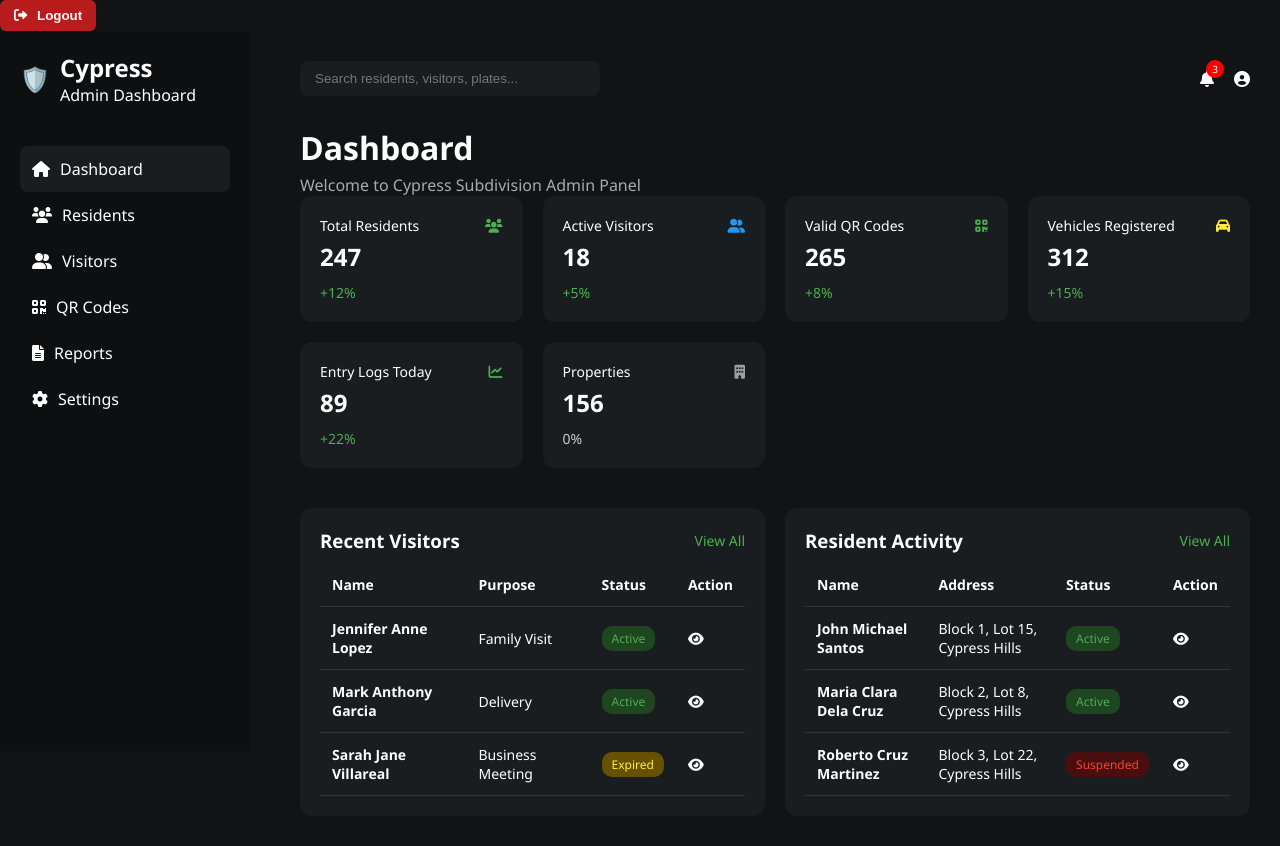
Repository: camuramon/my-project
Page: templates/admin/dashboard.html
An editor plug-in stored every save of this project. The page is shown before and after the next save, followed by the edit.
The browser window is 1280 px wide. The pictures show the whole page.
The template is drawn by Flask 3. The application's start-up code is not run. Other server files are loaded and not shown. The template is opened directly, without the code that normally fills it, so the values that code supplies are empty.

Above is the page before, as saved 2025-08-31 01:49:34.

### templates/admin/dashboard.html
<!DOCTYPE html>
<html lang="en">
<head>

  <meta charset="UTF-8" />
  <meta name="viewport" content="width=device-width, initial-scale=1.0" />
  <title>Cypress Admin Dashboard</title>
  <link rel="stylesheet" href="{{ url_for('static', filename='css/admin.css') }}">
  <link href="https://cdnjs.cloudflare.com/ajax/libs/font-awesome/6.0.0-beta3/css/all.min.css" rel="stylesheet" />

  <div class="logout">
  <form action="{{ url_for('logout') }}" method="POST">
    <button type="submit" class="logout-btn"><i class="fas fa-sign-out-alt"></i> Logout</button>
  </form>
</div>

</head>
<body>
  <div class="dashboard-container">
    <nav class="sidebar">
      <div class="logo-section">
        <div class="logo-icon">🛡️</div>
        <div>
          <h2>Cypress</h2>
          <p>Admin Dashboard</p>
        </div>
      </div>
      <ul class="sidebar-menu">
        <li class="active"><i class="fas fa-home"></i> Dashboard</li>
        <li><i class="fas fa-users"></i> Residents</li>
        <li><i class="fas fa-user-friends"></i> Visitors</li>
        <li><i class="fas fa-qrcode"></i> QR Codes</li>
        <li><i class="fas fa-file-alt"></i> Reports</li>
        <li><i class="fas fa-cog"></i> Settings</li>
      </ul>
    </nav>

    <main class="main-content">
      <header>
        <input type="search" placeholder="Search residents, visitors, plates..." />
        <div class="header-icons">
          <div class="notifications"><i class="fas fa-bell"></i><span>3</span></div>
          <div class="profile"><i class="fas fa-user-circle"></i></div>
        </div>
      </header>

      <section class="welcome-section">
        <h1>Dashboard</h1>
        <p>Welcome to Cypress Subdivision Admin Panel</p>
      </section>

      <section class="stats-cards">
        <div class="card">
          <div>Total Residents <i class="fas fa-users icon-green"></i></div>
          <h2>247</h2>
          <span class="percentage positive">+12%</span>
        </div>
        <div class="card">
          <div>Active Visitors <i class="fas fa-user-friends icon-blue"></i></div>
          <h2>18</h2>
          <span class="percentage positive">+5%</span>
        </div>
        <div class="card">
          <div>Valid QR Codes <i class="fas fa-qrcode icon-green"></i></div>
          <h2>265</h2>
          <span class="percentage positive">+8%</span>
        </div>
        <div class="card">
          <div>Vehicles Registered <i class="fas fa-car icon-yellow"></i></div>
          <h2>312</h2>
          <span class="percentage positive">+15%</span>
        </div>
        <div class="card">
          <div>Entry Logs Today <i class="fas fa-chart-line icon-green"></i></div>
          <h2>89</h2>
          <span class="percentage positive">+22%</span>
        </div>
        <div class="card">
          <div>Properties <i class="fas fa-building icon-grey"></i></div>
          <h2>156</h2>
          <span class="percentage">0%</span>
        </div>
      </section>

      <section class="tables-section">
        <div class="table-container">
          <div class="table-header">
            <h3>Recent Visitors</h3>
            <a href="#">View All</a>
          </div>
          <table>
            <thead>
              <tr>
                <th>Name</th>
                <th>Purpose</th>
                <th>Status</th>
                <th>Action</th>
              </tr>
            </thead>
            <tbody>
              <tr>
                <td><strong>Jennifer Anne Lopez</strong></td>
                <td>Family Visit</td>
                <td><span class="status active">Active</span></td>
                <td><i class="fas fa-eye"></i></td>
              </tr>
              <tr>
                <td><strong>Mark Anthony Garcia</strong></td>
                <td>Delivery</td>
                <td><span class="status active">Active</span></td>
                <td><i class="fas fa-eye"></i></td>
              </tr>
              <tr>
                <td><strong>Sarah Jane Villareal</strong></td>
                <td>Business Meeting</td>
                <td><span class="status expired">Expired</span></td>
                <td><i class="fas fa-eye"></i></td>
              </tr>
            </tbody>
          </table>
        </div>

        <div class="table-container">
          <div class="table-header">
            <h3>Resident Activity</h3>
            <a href="#">View All</a>
          </div>
          <table>
            <thead>
              <tr>
                <th>Name</th>
                <th>Address</th>
                <th>Status</th>
                <th>Action</th>
              </tr>
            </thead>
            <tbody>
              <tr>
                <td><strong>John Michael Santos</strong></td>
                <td>Block 1, Lot 15, Cypress Hills</td>
                <td><span class="status active">Active</span></td>
                <td><i class="fas fa-eye"></i></td>
              </tr>
              <tr>
                <td><strong>Maria Clara Dela Cruz</strong></td>
                <td>Block 2, Lot 8, Cypress Hills</td>
                <td><span class="status active">Active</span></td>
                <td><i class="fas fa-eye"></i></td>
              </tr>
              <tr>
                <td><strong>Roberto Cruz Martinez</strong></td>
                <td>Block 3, Lot 22, Cypress Hills</td>
                <td><span class="status suspended">Suspended</span></td>
                <td><i class="fas fa-eye"></i></td>
              </tr>
            </tbody>
          </table>
        </div>
      </section>
    </main>
  </div>
</body>
</html>

### static/css/admin.css
/* === GLOBAL STYLES === */
* {
  margin: 0;
  padding: 0;
  box-sizing: border-box;
}

body {
  font-family: 'Segoe UI', Tahoma, Geneva, Verdana, sans-serif;
  background-color: #111315;
  color: #ffffff;
}

/* === SIDEBAR === */
.sidebar {
  width: 250px;
  background-color: #0d0f10;
  color: #fff;
  height: 100vh;
  position: fixed;
  padding: 20px;
  display: flex;
  flex-direction: column;
}

.logo-section {
  display: flex;
  align-items: center;
  gap: 10px;
}

.logo-icon {
  font-size: 24px;
}

.sidebar-menu {
  list-style: none;
  padding: 0;
  margin-top: 40px;
  flex-grow: 1;
}

.sidebar-menu li {
  padding: 12px;
  cursor: pointer;
  display: flex;
  align-items: center;
  gap: 10px;
  border-radius: 8px;
  transition: background 0.3s;
}

.sidebar-menu li.active,
.sidebar-menu li:hover {
  background-color: #1a1d1f;
}

/* === MAIN CONTENT === */
.main-content {
  margin-left: 270px;
  padding: 30px;
}

/* === HEADER === */
header {
  display: flex;
  justify-content: space-between;
  align-items: center;
  margin-bottom: 30px;
}

header input[type="search"] {
  padding: 10px 15px;
  border-radius: 8px;
  border: none;
  width: 300px;
  background-color: #1a1d1f;
  color: #fff;
}

.header-icons {
  display: flex;
  align-items: center;
  gap: 20px;
}

.notifications {
  position: relative;
}

.notifications span {
  position: absolute;
  top: -8px;
  right: -10px;
  background-color: red;
  border-radius: 50%;
  padding: 2px 6px;
  font-size: 10px;
}

/* === WELCOME SECTION === */
.welcome-section h1 {
  font-size: 32px;
  margin-bottom: 5px;
}

.welcome-section p {
  color: #aaa;
}

/* === STATS CARDS === */
.stats-cards {
  display: grid;
  grid-template-columns: repeat(auto-fit, minmax(220px, 1fr));
  gap: 20px;
  margin-bottom: 40px;
}

.card {
  background-color: #1a1d1f;
  padding: 20px;
  border-radius: 12px;
  color: white;
}

.card div {
  font-size: 14px;
  margin-bottom: 5px;
  display: flex;
  justify-content: space-between;
  align-items: center;
}

.card h2 {
  font-size: 24px;
  margin: 5px 0;
}

.percentage {
  font-size: 14px;
  display: block;
  margin-top: 10px;
  color: #ccc;
}

.percentage.positive {
  color: #4caf50;
}

/* === ICON COLORS === */
.icon-green {
  color: #4caf50;
}

.icon-blue {
  color: #2196f3;
}

.icon-yellow {
  color: #ffeb3b;
}

.icon-grey {
  color: #9e9e9e;
}

/* === TABLES === */
.tables-section {
  display: flex;
  gap: 20px;
  flex-wrap: wrap;
}

.table-container {
  background-color: #1a1d1f;
  padding: 20px;
  border-radius: 12px;
  flex: 1;
  min-width: 400px;
}

.table-header {
  display: flex;
  justify-content: space-between;
  align-items: center;
  margin-bottom: 10px;
}

.table-header h3 {
  margin: 0;
}

.table-header a {
  color: #4caf50;
  text-decoration: none;
  font-size: 14px;
}

table {
  width: 100%;
  border-collapse: collapse;
  color: #fff;
}

th, td {
  padding: 12px;
  text-align: left;
  border-bottom: 1px solid #333;
  font-size: 14px;
}

td strong {
  font-weight: 600;
}

/* === STATUS STYLES === */
.status {
  padding: 4px 10px;
  border-radius: 10px;
  font-size: 12px;
  display: inline-block;
  text-align: center;
}

.status.active {
  background-color: #1e4620;
  color: #4caf50;
}

.status.expired {
  background-color: #665100;
  color: #ffeb3b;
}

.status.suspended {
  background-color: #4b0e0e;
  color: #f44336;
}

/* === RESPONSIVE === */
@media (max-width: 768px) {
  .main-content {
    margin-left: 0;
    padding: 20px;
  }

  .sidebar {
    display: none;
  }

  .stats-cards {
    grid-template-columns: 1fr;
  }

  .tables-section {
    flex-direction: column;
  }
}
.logout form {
  display: inline;
}

.logout-btn {
  background-color: #b91c1c; /* red */
  color: #fff;
  border: none;
  padding: 8px 14px;
  border-radius: 6px;
  cursor: pointer;
  font-weight: bold;
  transition: background-color 0.3s ease;
}

.logout-btn i {
  margin-right: 6px;
}

.logout-btn:hover {
  background-color: #7f1d1d;
}

After the next save:
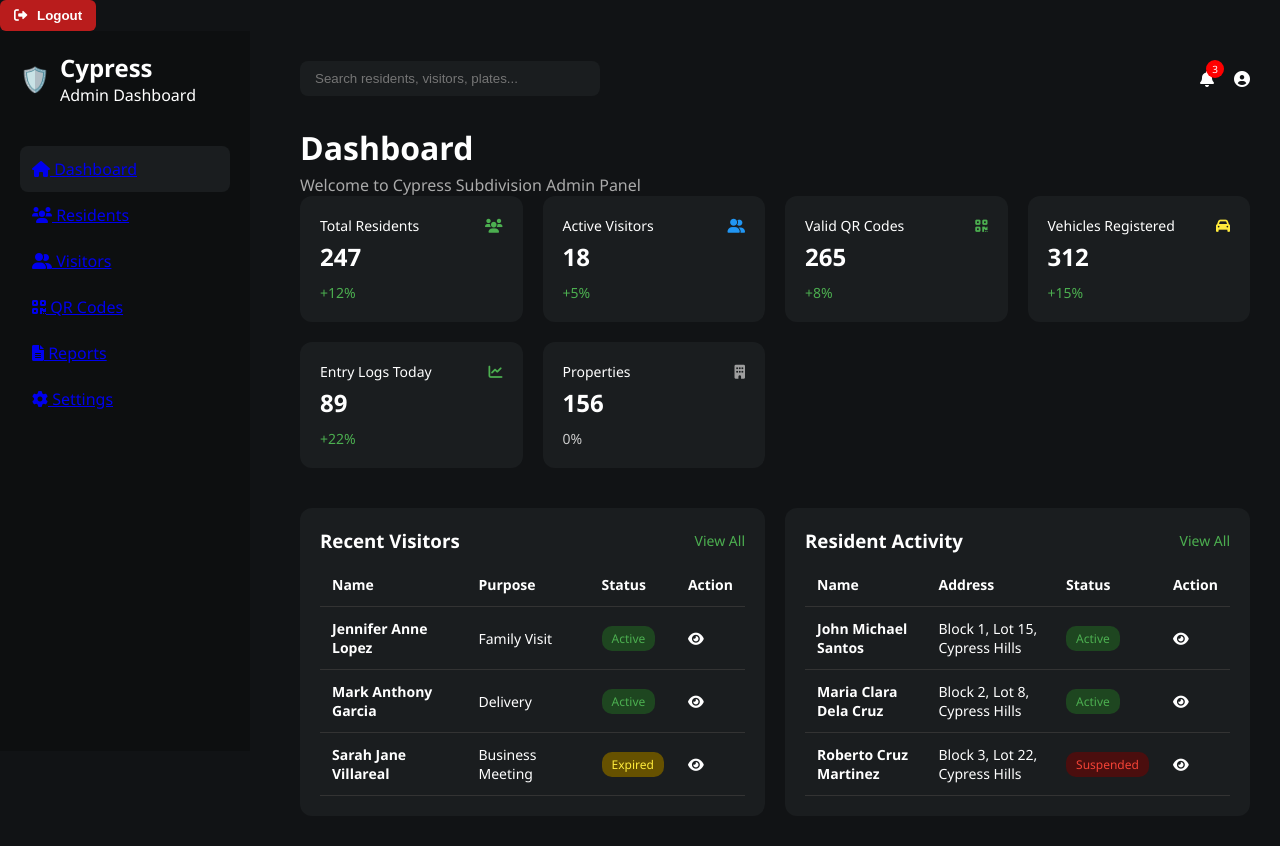
Saved 17 min 29 s later.
--- a/templates/admin/dashboard.html
+++ b/templates/admin/dashboard.html
@@ -26,13 +26,13 @@
         </div>
       </div>
       <ul class="sidebar-menu">
-        <li class="active"><i class="fas fa-home"></i> Dashboard</li>
-        <li><i class="fas fa-users"></i> Residents</li>
-        <li><i class="fas fa-user-friends"></i> Visitors</li>
-        <li><i class="fas fa-qrcode"></i> QR Codes</li>
-        <li><i class="fas fa-file-alt"></i> Reports</li>
-        <li><i class="fas fa-cog"></i> Settings</li>
-      </ul>
+  <li class="active"><a href="#dashboard"><i class="fas fa-home"></i> Dashboard</a></li>
+  <li><a href="#residents"><i class="fas fa-users"></i> Residents</a></li>
+  <li><a href="#visitors"><i class="fas fa-user-friends"></i> Visitors</a></li>
+  <li><a href="#qrcodes"><i class="fas fa-qrcode"></i> QR Codes</a></li>
+  <li><a href="#reports"><i class="fas fa-file-alt"></i> Reports</a></li>
+  <li><a href="#settings"><i class="fas fa-cog"></i> Settings</a></li>
+</ul>
     </nav>
 
     <main class="main-content">

After the save that followed:
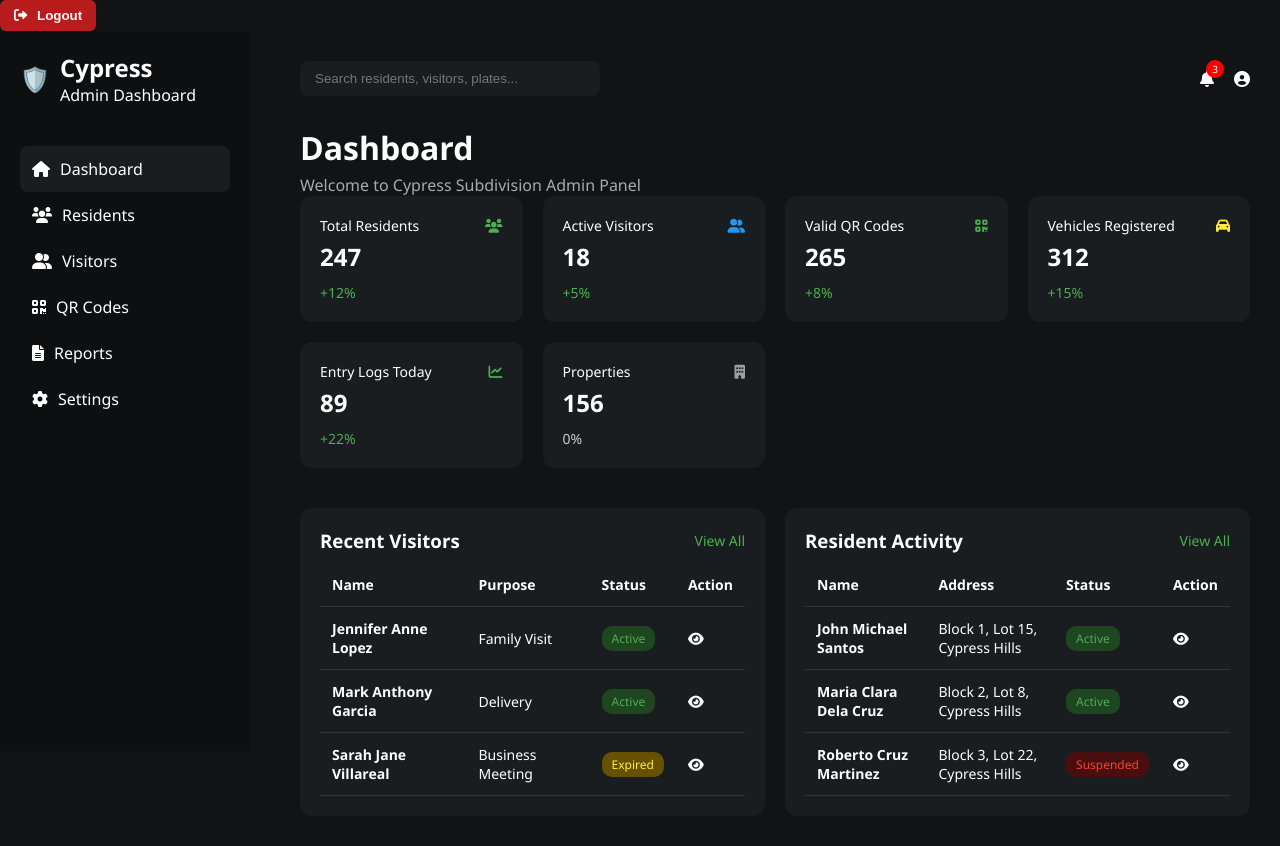
Saved 24 s later.
--- a/templates/admin/dashboard.html
+++ b/templates/admin/dashboard.html
@@ -26,13 +26,13 @@
         </div>
       </div>
       <ul class="sidebar-menu">
-  <li class="active"><a href="#dashboard"><i class="fas fa-home"></i> Dashboard</a></li>
-  <li><a href="#residents"><i class="fas fa-users"></i> Residents</a></li>
-  <li><a href="#visitors"><i class="fas fa-user-friends"></i> Visitors</a></li>
-  <li><a href="#qrcodes"><i class="fas fa-qrcode"></i> QR Codes</a></li>
-  <li><a href="#reports"><i class="fas fa-file-alt"></i> Reports</a></li>
-  <li><a href="#settings"><i class="fas fa-cog"></i> Settings</a></li>
-</ul>
+        <li class="active"><i class="fas fa-home"></i> Dashboard</li>
+        <li><i class="fas fa-users"></i> Residents</li>
+        <li><i class="fas fa-user-friends"></i> Visitors</li>
+        <li><i class="fas fa-qrcode"></i> QR Codes</li>
+        <li><i class="fas fa-file-alt"></i> Reports</li>
+        <li><i class="fas fa-cog"></i> Settings</li>
+      </ul>
     </nav>
 
     <main class="main-content">
